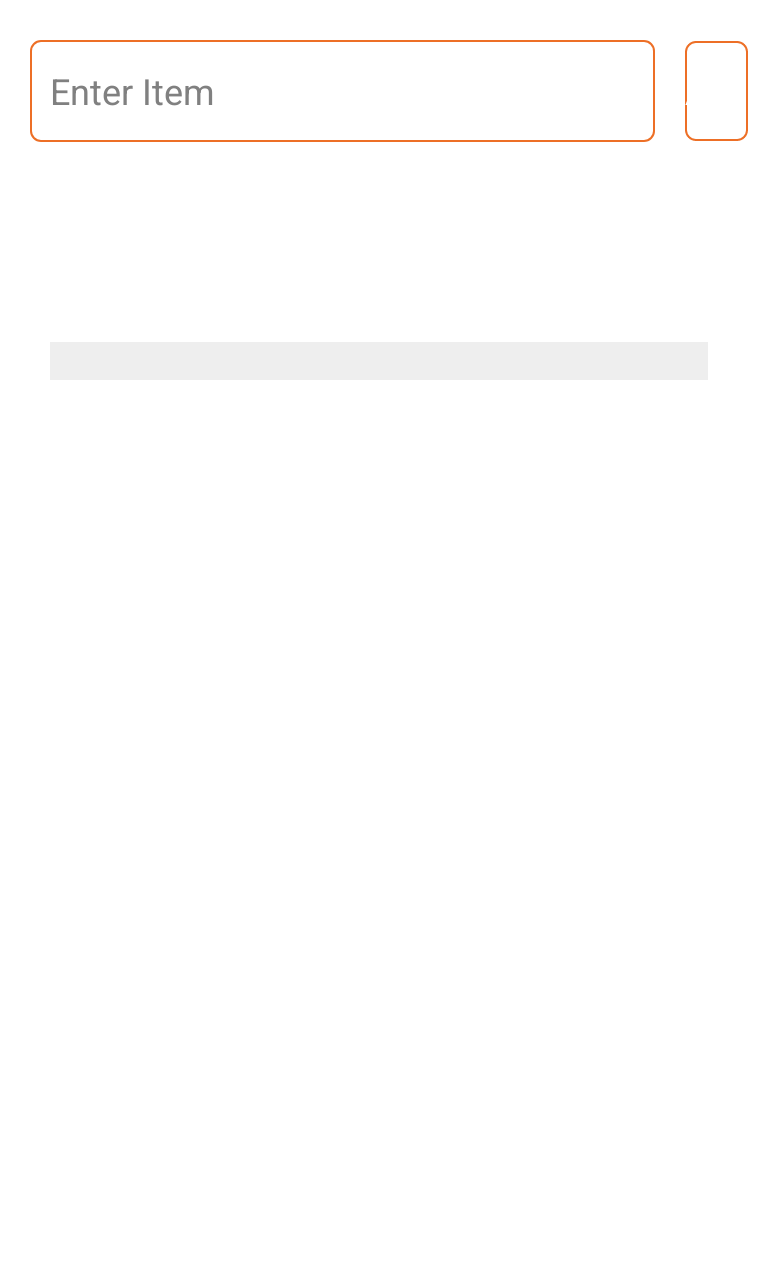
Repository: ianDervan/FYP_ShopSmart
Layout: FYP/ShopSmart/res/layout/activity_shopping_list.xml
An editor plug-in stored every save of this project. The layout is shown before and after the next save, followed by the edit.
It is drawn on a 768 x 1280 px phone screen (xhdpi) without system bars, with theme AppTheme; the app's code is not run.

Above is the layout before, as saved 2015-01-16 20:52:54.

After the next save:
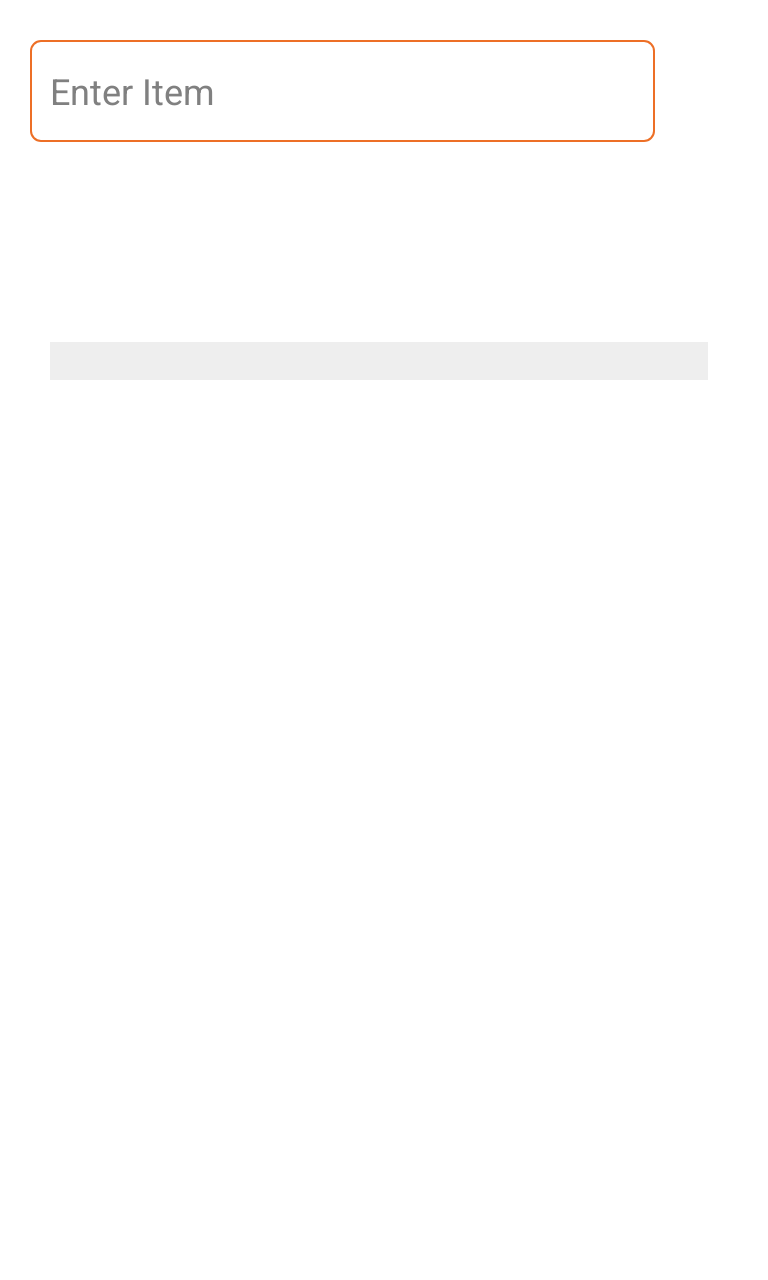
Saved 12 s later.
--- a/FYP/ShopSmart/res/layout/activity_shopping_list.xml
+++ b/FYP/ShopSmart/res/layout/activity_shopping_list.xml
@@ -12,7 +12,7 @@
 
         <AutoCompleteTextView
             android:id="@+id/autocomplete_country"
-            android:layout_width="213dp"
+            android:layout_width="0dp"
             android:layout_height="51dp"
             android:layout_marginLeft="5dp"
             android:layout_marginTop="10dp"
@@ -25,7 +25,7 @@
         <EditText
             android:id="@+id/quantity"
             android:layout_width="wrap_content"
-            android:layout_height="50dp"
+            android:layout_height="0dp"
             android:layout_marginLeft="15dp"
             android:layout_marginTop="10dp"
             android:background="@drawable/customeditext"

After the save that followed:
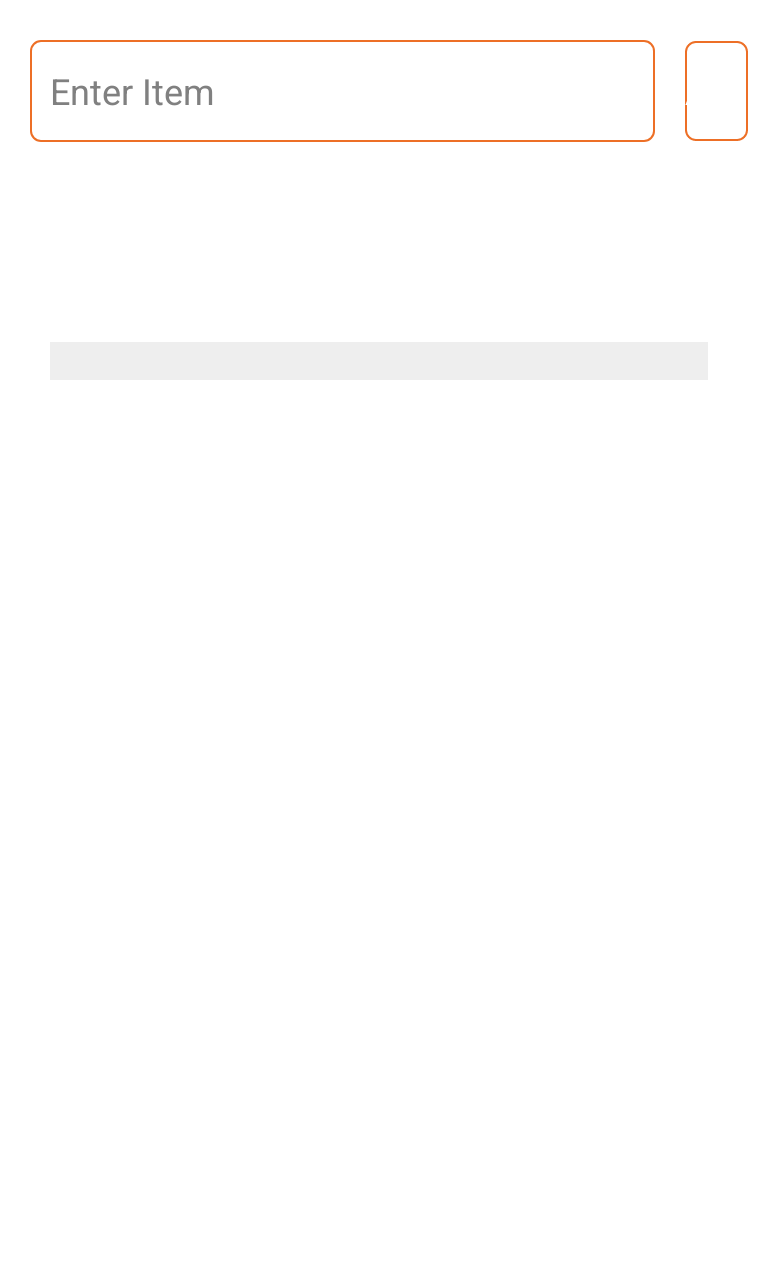
Saved 16 s later.
--- a/FYP/ShopSmart/res/layout/activity_shopping_list.xml
+++ b/FYP/ShopSmart/res/layout/activity_shopping_list.xml
@@ -12,7 +12,7 @@
 
         <AutoCompleteTextView
             android:id="@+id/autocomplete_country"
-            android:layout_width="0dp"
+            android:layout_width="dp"
             android:layout_height="51dp"
             android:layout_marginLeft="5dp"
             android:layout_marginTop="10dp"
@@ -25,7 +25,7 @@
         <EditText
             android:id="@+id/quantity"
             android:layout_width="wrap_content"
-            android:layout_height="0dp"
+            android:layout_height="50dp"
             android:layout_marginLeft="15dp"
             android:layout_marginTop="10dp"
             android:background="@drawable/customeditext"
